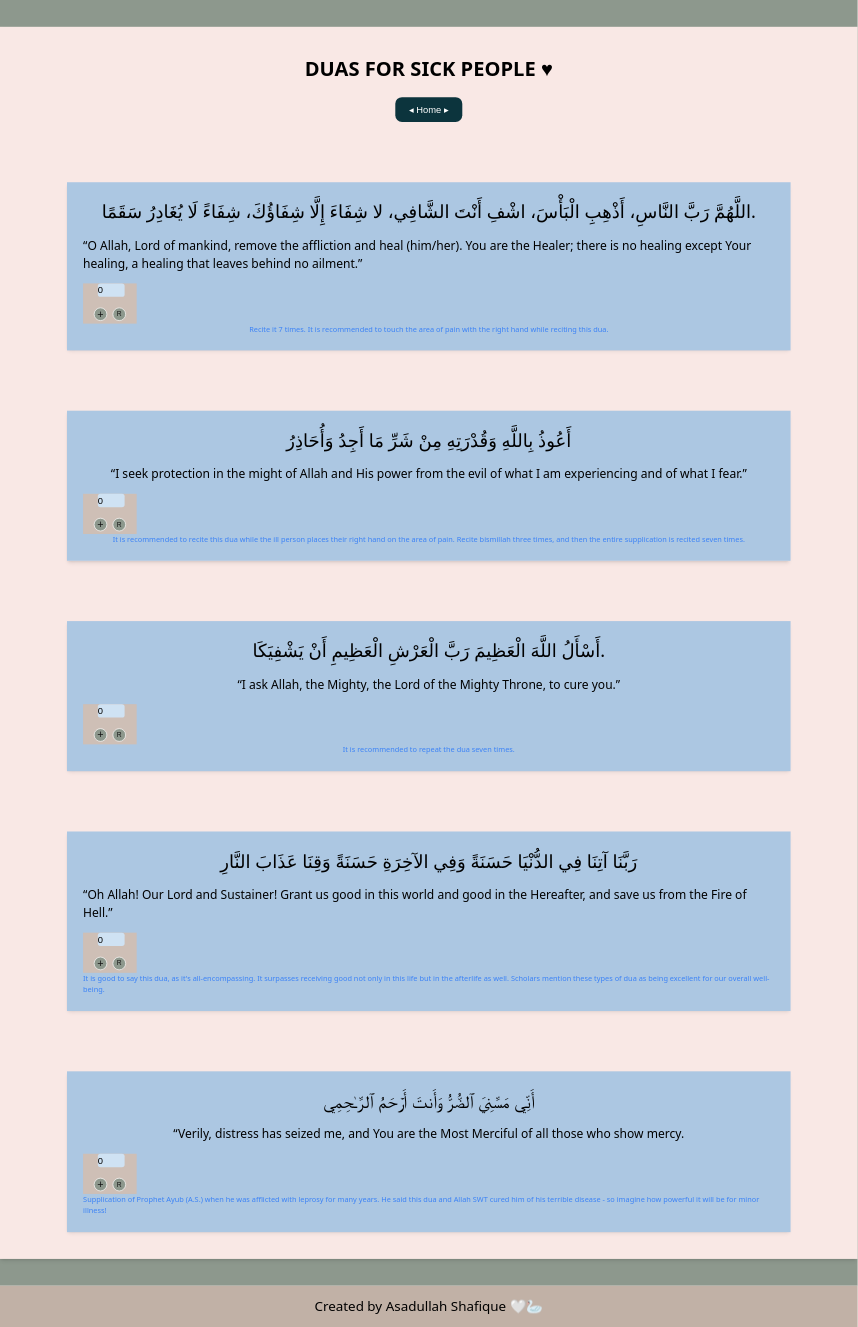
Repository: asadullah48/Duas_Diary
Page: /sick
The author's editor kept a copy of each file at every save. The page is drawn from the files as they stood at one save, then again after the next save.
The browser window is 1280 px wide. The pictures show the whole page, at 67% of full size.
The project was rebuilt for these pictures with package versions that can differ from the ones it lists, and the page was loaded fresh each time. The framework's server and built-in components were replaced by stand-ins that run in the browser. Also part of the build but not shown: next.config.ts.

Above is the page before, as saved 2024-11-30 10:13:43.

After the next save:
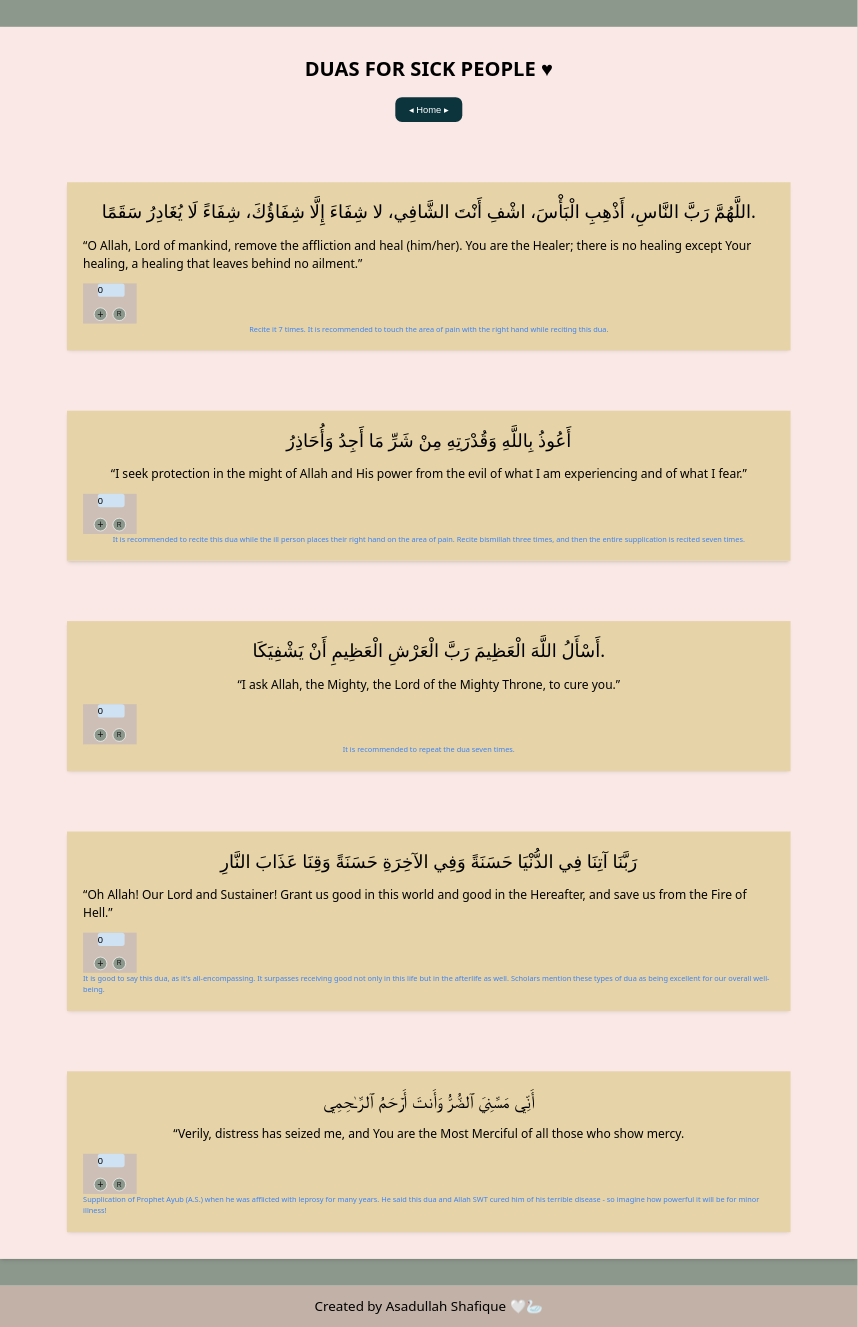
Saved 10 s later.
--- a/src/components/props.tsx
+++ b/src/components/props.tsx
@@ -14,7 +14,7 @@ export default function LightPinkSection({
   note,
 }: SectionProps) {
   return (
-    <div className="w-[90%] bg-[#97bee2c5] p-6 rounded-lg mx-auto shadow-md mt-[90px]">
+    <div className="w-[90%] bg-[#e2ce97c5] p-6 rounded-lg mx-auto shadow-md mt-[90px]">
       <p className="text-black text-[27px] font-sans mb-4 flex justify-center">
         {paragraph}
       </p>
